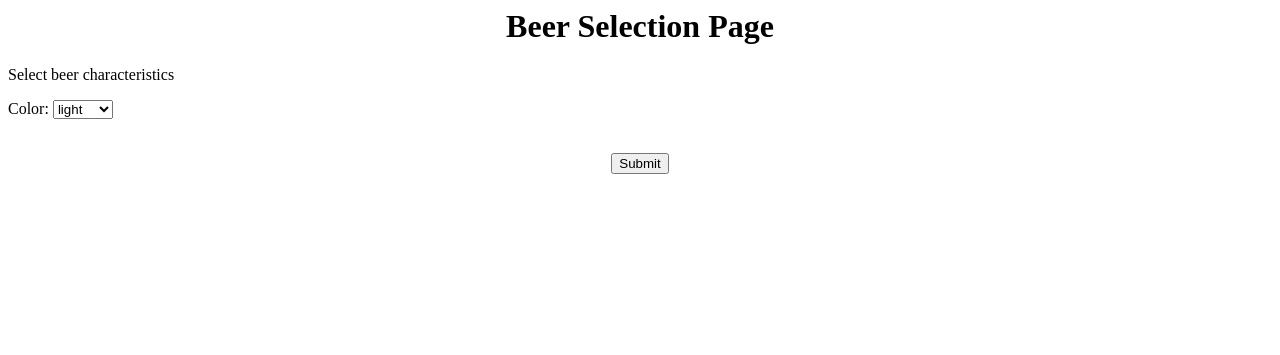
Repository: weshayutin/java258Online
Page: workspace/Week2BeerApp/WebContent/form.html
These files come from the project's save history. The page is drawn as it stood at one moment and after the next save; the edit follows.
The browser window is 1280 px wide. The pictures show the whole page.

Above is the page before, as saved 2011-01-29 20:21:07.

### workspace/Week2BeerApp/WebContent/form.html
<html>
<body>
<h1 align="center">Beer Selection Page</h1>
<form method="POST" action="SelectBeer.do">
	Select beer characteristics<p>
	Color:
	<select name="color" size="1">
	   <option>light
	   <option>amber
	   <option>brown
	   <option>dark
	</select>
	<br><br>
	<center>
	   <input type="SUBMIT">
	</center>
</form>
</body>
</html>

After the next save:
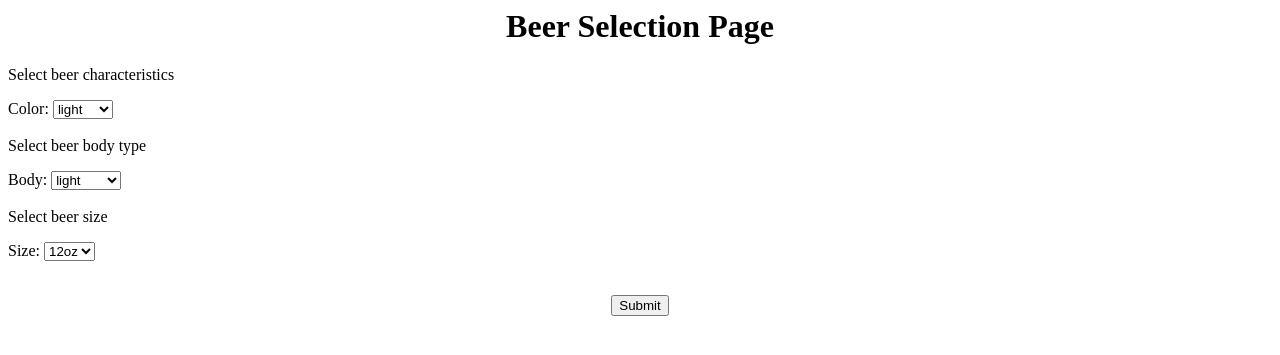
Saved 3 min 51 s later.
--- a/workspace/Week2BeerApp/WebContent/form.html
+++ b/workspace/Week2BeerApp/WebContent/form.html
@@ -11,6 +11,23 @@
 	   <option>dark
 	</select>
 	<br><br>
+	Select beer body type<p>
+	Body:
+	<select name="body" size="1">
+	   <option>light
+	   <option>medium
+	   <option>heavy
+	</select>
+	<br><br>
+	Select beer size<p>
+	Size:
+	<select name="size" size="1">
+	   <option>12oz
+	   <option>16oz
+	   <option>22oz
+	</select>
+	<br><br>
+
 	<center>
 	   <input type="SUBMIT">
 	</center>
